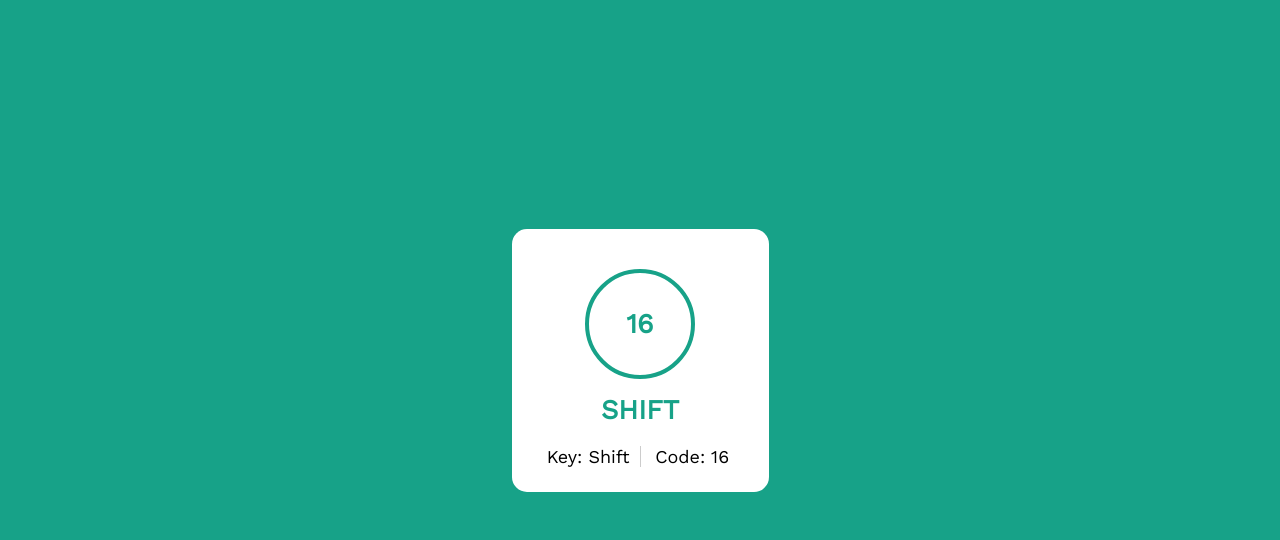
Repository: youssef168/Key-Detection
Page: index.htm
An editor plug-in stored every save of this project. The page is shown before and after the next save, followed by the edit.
The browser window is 1280 px wide. The pictures show the whole page.

Above is the page before, as saved 2021-12-17 13:18:58.

After the next save:
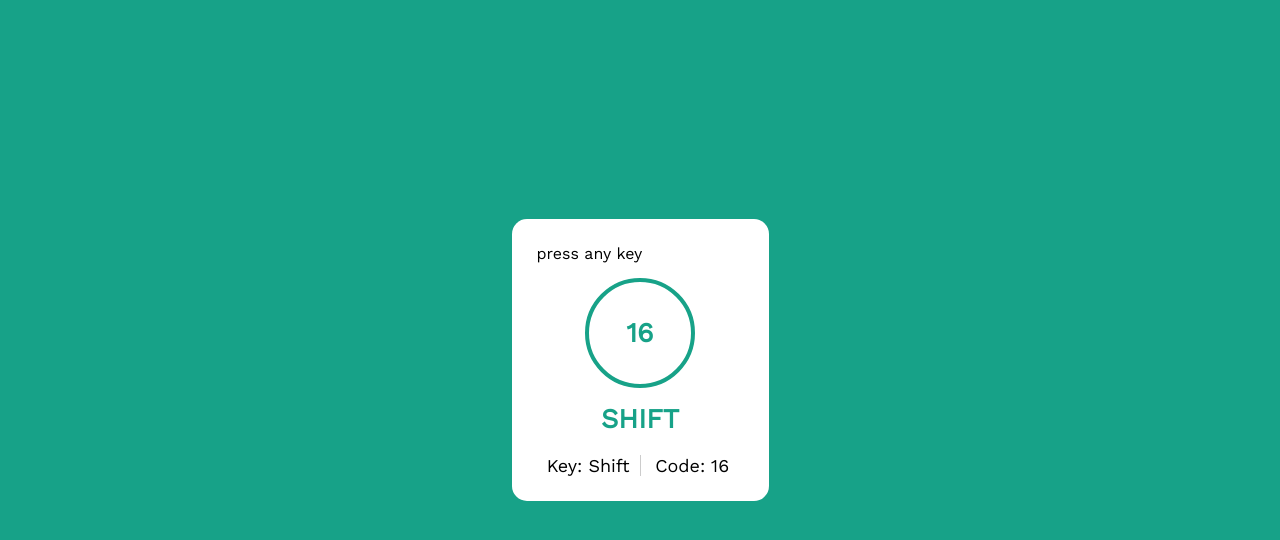
Saved 72 s later.
--- a/index.htm
+++ b/index.htm
@@ -9,6 +9,7 @@
 </head>
 <body>
     <div class="box">
+        <p class="text">press any key</p>
         <div class="content">
             <div class="key-code">16</div>
             <div class="key-name">SHIFT</div>
